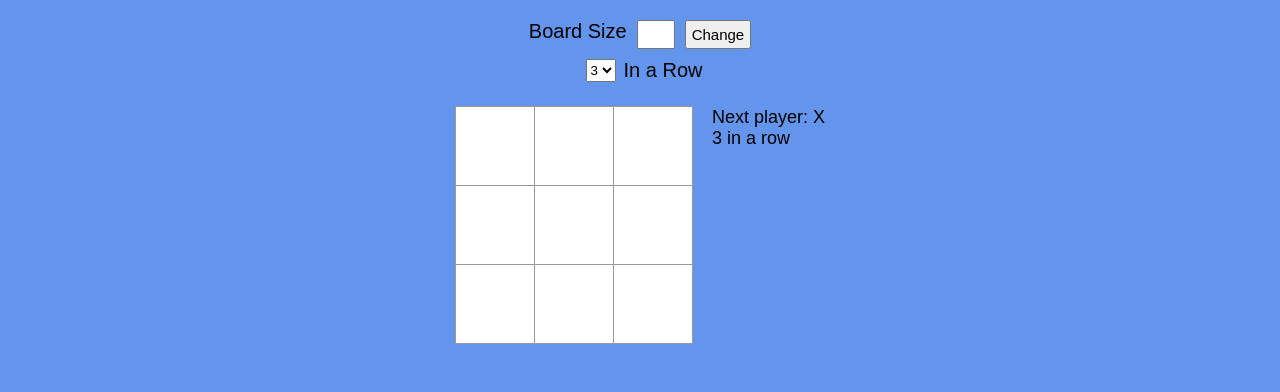
Repository: yshong211/tic-tac-toe-0708
Page: /
These files come from the project's save history. The page is drawn as it stood at one moment and after a run of saves; the edit follows.
The browser window is 1280 px wide. The pictures show the whole page.
The project was rebuilt for these pictures with package versions that can differ from the ones it lists, and the page was loaded fresh each time.

Above is the page before, as saved 2020-07-09 10:11:20.

### src/index.jsx
import React from 'react';
import ReactDOM from 'react-dom';
import './index.css';
import GetDim from './components/getDim/getDim';

// ========================================

// renders the game component to element

ReactDOM.render(<GetDim />, document.getElementById('root'));

### src/index.css
body {
  font: 18px 'Century Gothic', Futura, sans-serif; /* size, font */
  margin: 20px; /* space outside of border */
  background-color: cornflowerblue;
}

form {
  margin-bottom: 20px;
}

ol,
ul {
  padding-left: 30px; /* space b/t left border to content */
}

.board-row:after {
  clear: both;
  content: '';
  display: table;
}

.status {
  margin-bottom: 10px;
}


.square:focus {
  outline: none;
}

.kbd-navigation .square:focus {
  background: #ddd;
}

### src/components/getDim/getDim.jsx
import React from 'react';
import Game from '../game/game';
import './getDim.css';

export default class GetDim extends React.Component {
  constructor(props) {
    super(props);
    this.state = { rows: 3, winning: 3, board: [] };
    this.handleInputChange = this.handleInputChange.bind(this);
    this.handleClick = this.handleClick.bind(this);
  }

  handleInputChange(event) {
    const value = event.target.value;
    const name = event.target.name;
    this.setState({
      [name]: value,
    });
  }

  handleClick(e) {
    e.preventDefault();
    if (window.confirm('Change fosho?')) {
      if (this.refs.rows.value < 3 || this.refs.rows.value > 10) {
        alert('3-10 only');
      } else {
        this.setState({
          rows: this.refs.rows.value,
          board: [],
        });
      }
    }
  }

  how_many(rows) {
    let how = [];
    for (let i = 3; i <= rows; i++) {
      how.push(<option value={i}>{i}</option>);
    }
    return how;
  }

  render() {
    return (
      <div className="submission">
        <form>
          <label className="size">
            Board Size
            <br />
            <input ref="rows" type="number" />
            <button
              className="submit"
              onClick={(e) => {
                this.handleClick(e);
              }}
            >
              Change
            </button>
          </label>
        </form>

        <label className="win">
          <select
            className="win_select"
            name="winning"
            value={this.state.winning}
            onChange={this.handleInputChange}
          >
            {this.how_many(this.state.rows)}
          </select>
          In a Row
          <br />
        </label>

        <Game
          rows={parseInt(this.state.winning)}
          board_rows={parseInt(this.state.rows)}
          board={this.state.board}
        />
      </div>
    );
  }
}

### src/components/game/game.jsx
import React from 'react';
import Board from '../board/board';
import './game.css';

export default class Game extends React.Component {
  constructor(props) {
    super(props);
    this.state = {
      history: [], // track the last index
      stepNumber: 0, // count var
      xIsNext: true,
    };
  }

  hor(squares, row_length, count, x, o) {
    let index = 0;
    for (let i = 0; i < this.props.board_rows; i++) {
      for (let j = 0; j < this.props.board_rows; j++) {
        if (squares[index] === 'X') {
          x++;
          o = 0;
          count++;
        } else if (squares[index] === 'O') {
          o++;
          x = 0;
          count++;
        } else {
          count = 0;
        }
        index++;
        if (o >= row_length && count >= row_length) {
          return 'O';
        }
        if (x >= row_length && count >= row_length) {
          return 'X';
        }
      }
      x = 0;
      o = 0;
    }
  }

  vert(squares, row_length, count, x, o) {
    for (let i = 0; i < this.props.board_rows; i++) {
      for (
        let j = i;
        j < this.props.board_rows ** 2;
        j += this.props.board_rows
      ) {
        if (squares[j] === 'X') {
          x++;
          o = 0;
          count++;
        } else if (squares[j] === 'O') {
          o++;
          x = 0;
          count++;
        } else {
          count = 0;
        }
        if (o >= row_length && count >= row_length) {
          return 'O';
        }
        if (x >= row_length && count >= row_length) {
          return 'X';
        }
      }
      x = 0;
      o = 0;
    }
  }

  cross(squares, row_length, count, x, o) {
    //let track = 1;
    //let rows = this.props.board_rows;
    for (let i = row_length - 1; i < row_length ** 2 - 1; i += row_length - 1) {
      if (squares[i] === 'X') {
        x++;
      }
      if (squares[i] === 'O') {
        o++;
      }
      count++;
    }
    if (o === row_length) {
      return 'O';
    }
    if (x === row_length) {
      return 'X';
    }
    o = 0;
    x = 0;

    for (let j = row_length - 1; j < row_length ** 2 - 1; j += row_length - 1) {
      if (squares[j] === 'X') {
        x++;
      }
      if (squares[j] === 'O') {
        o++;
      }
      count++;
    }
    if (o === row_length) {
      return 'O';
    }
    if (x === row_length) {
      return 'X';
    }
    o = 0;
    x = 0;
  }

  calculateWinner(squares, rows) {
    const count = 0;
    const x = 0;
    const o = 0;
    if (
      this.hor(squares, rows, count, x, o) === 'O' ||
      this.hor(squares, rows, count, x, o) === 'X'
    ) {
      return this.hor(squares, rows, count, x, o);
    } else if (
      this.vert(squares, rows, count, x, o) === 'O' ||
      this.vert(squares, rows, count, x, o) === 'X'
    ) {
      return this.vert(squares, rows, count, x, o);
    } else if (
      this.cross(squares, rows, count, x, o) === 'O' ||
      this.cross(squares, rows, count, x, o) === 'X'
    ) {
      return this.cross(squares, rows, count, x, o);
    }

    return null;
  }

  handleClick(i) {
    const hist = this.state.history;
    const squares = this.props.board;
    const rows = this.props.rows;
    if (this.calculateWinner(squares, rows) || squares[i]) {
      // ends the game
      return;
    }
    squares[i] = this.state.xIsNext ? 'X' : 'O';
    hist.push(i);
    this.setState({
      board: squares,
      history: hist,
      stepNumber: this.state.history.length,
      xIsNext: !this.state.xIsNext, // changes turn
    });
  }

  jumpTo(history, board, step) {
    for (let i = history.length - 1; i >= step; i--) {
      board[history.pop()] = null;
    }
    this.setState({
      stepNumber: step,
      xIsNext: step % 2 === 0,
    });
  }

  render() {
    const board = this.props.board;
    const history = this.state.history;
    const rows = this.props.rows;
    const winner = this.calculateWinner(board, rows);
    const moves = history.map((step, move) => {
      const desc = move ? 'Go to move #' + move : 'Refresh';

      return (
        <li key={move}>
          <button onClick={() => this.jumpTo(history, board, move)}>
            {desc}
          </button>
        </li>
      );
    });

    let status;
    winner
      ? (status = 'Winner: ' + winner)
      : (status = 'Next player: ' + (this.state.xIsNext ? 'X' : 'O'));

    return (
      <div className="game">
        <div className="game-board">
          <Board
            rows={this.props.board_rows}
            squares={board}
            onClick={(i) => this.handleClick(i)}
          />
        </div>
        <div className="game-info">
          <div>{status}</div>
          <div>{rows} in a row</div>
          <ol>{moves}</ol>
        </div>
      </div>
    );
  }
}

### src/components/getDim/getDim.css
input {
  margin-left: 10px;
  width: 30px;
  height: 23px;
}
select {
  margin-left: 8px;
}
form {
  margin-bottom: 10px;
}
.submit {
  /*display: flex;*/
  margin-left: 10px;
  padding: 3px 5px;
  font-size: 15px;
  /*
  text-align: center;
  align-items: center;
  justify-content: center;
  */
}
.size {
  display: flex;
  font-size: 20px;
  justify-content: center;
}
.win {
  display: flex;
  font-size: 20px;
  justify-content: center;
  align-content: flex-start;
  padding: 0px;
  /*margin-top: 5px;*/
}
.win_select {
  margin-right: 8px;
}

### src/components/board/board.jsx
import React from 'react';
import Square from '../square/square';

export default class Board extends React.Component {
  renderSquare(i) {
    return (
      <Square
        value={this.props.squares[i]}
        onClick={() => this.props.onClick(i)}
      />
    );
  }
  create_rq(start, end) {
    let rows = [];
    for (let i = start; i < end; i++) {
      rows.push(this.renderSquare(i));
    }
    return rows;
  }
  create_row(start) {
    let board_r = [];
    for (let i = 0; i < start; i++) {
      let new_r = i * start;
      let new_end = parseInt(new_r) + parseInt(start);
      board_r.push(
        <div className="board-row">{this.create_rq(new_r, new_end)}</div>
      );
    }
    return board_r;
  }
  render() {
    return <div>{this.create_row(this.props.rows)}</div>;
  }
}

### src/components/game/game.css
.game {
    margin-top: 25px;
    display: flex;
    flex-direction: row;
    justify-content: center;
  }

  .game-info {
    margin-left: 20px;
  }

### src/components/square/square.jsx
import React from 'react';
import './square.css'

export default function Square(props) {
  return (
    <button className="square" onClick={props.onClick}>
      {props.value}
    </button>
  );
}

### src/components/square/square.css
.square {
  display: inline-block;
  background: rgb(255, 255, 255);
  border: 1px solid #999;
  float: left;
  font-size: 60px;
  cursor: pointer;
  font-weight: bold;
  line-height: 80px;
  height: 80px;
  margin-right: -1px;
  margin-top: -1px;
  padding: 0;
  text-align: center;
  width: 80px;
  box
}

.square:hover {
  background-color: #e6e6fa;
}
.square:active {
  background-color: #3b3209;
  box-shadow: 0 5px #666;
  transform: translateY(4px);
}

Loaded but not shown: public/index.html (common file)

After the next 2 saves:
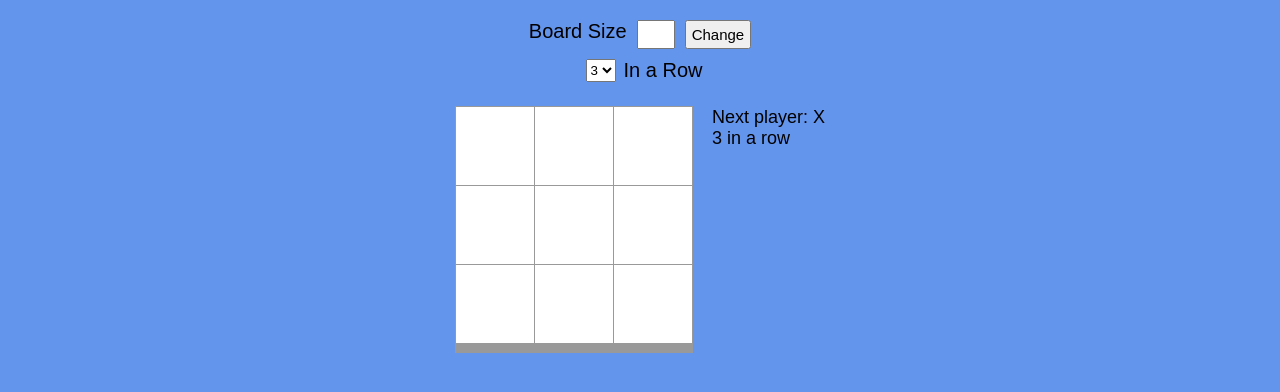
The 2 saves are shown as one change because they came seconds apart.
The last was saved 9 s later.
--- a/src/components/square/square.css
+++ b/src/components/square/square.css
@@ -13,7 +13,7 @@
   padding: 0;
   text-align: center;
   width: 80px;
-  box
+  box-shadow: 0 9px #999;
 }
 
 .square:hover {

After the save that followed:
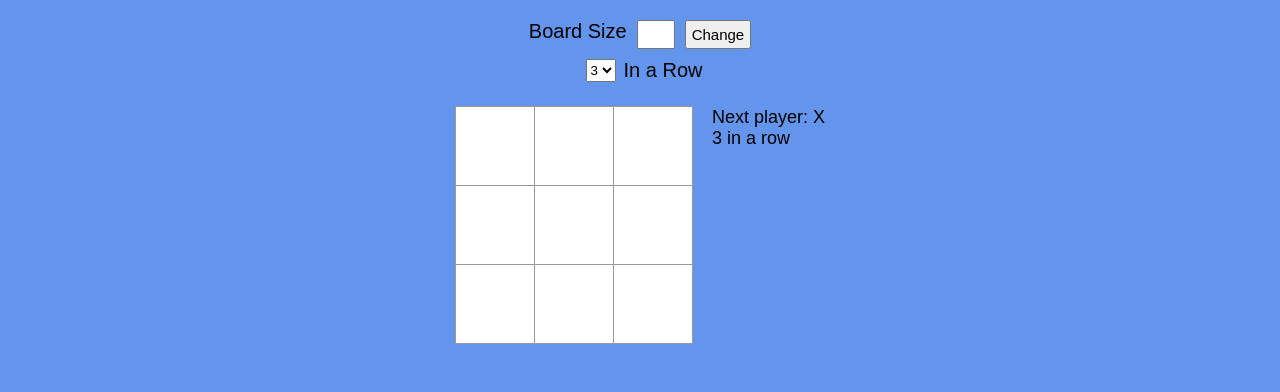
Saved 6 s later.
--- a/src/components/square/square.css
+++ b/src/components/square/square.css
@@ -13,6 +13,7 @@
   padding: 0;
   text-align: center;
   width: 80px;
+  border
   box-shadow: 0 9px #999;
 }
 
